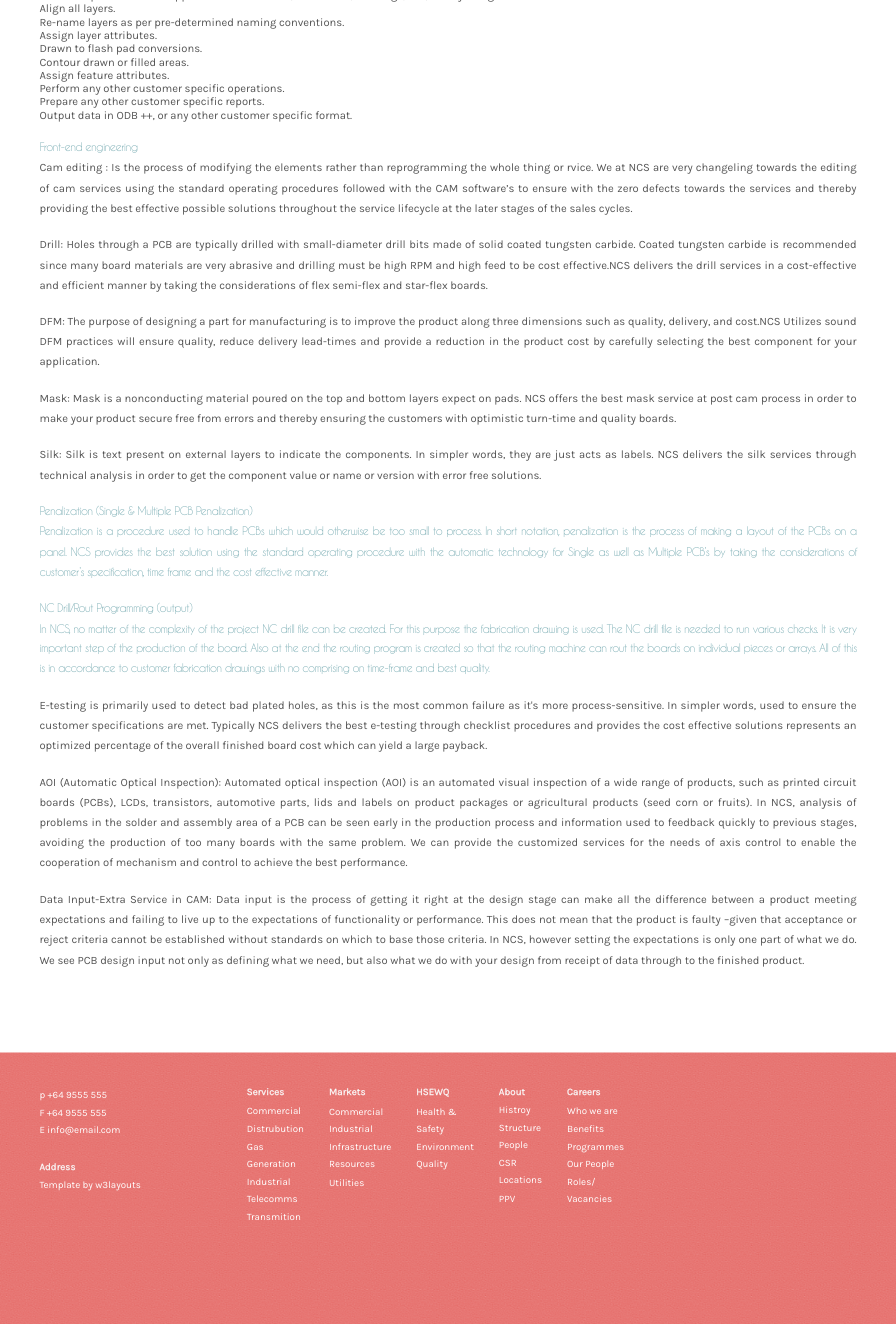
Repository: achalbi/NCS_demo
Page: public/CAM_Solutions.html
The author's editor kept a record of every edit. The page is drawn from the files as they stood at one moment, then again after the next edit.
The browser window is 1280 px wide. The pictures show the part of the page from y = 772 to 2692 px (the page is 2663 px tall before and 2692 px after), at 70% of full size.

Above is the page before.

### public/CAM_Solutions.html
<!--A Design by W3layouts
Author: W3layout
Author URL: http://w3layouts.com
License: Creative Commons Attribution 3.0 Unported
License URL: http://creativecommons.org/licenses/by/3.0/
-->
<!DOCTYPE HTML>
<html>
<head>
<title>The Organic Website Template | Infrastructure :: w3layouts</title>
<meta http-equiv="Content-Type" content="text/html; charset=utf-8" />
<meta name="viewport" content="width=device-width, initial-scale=1, maximum-scale=1">
<link href='http://fonts.googleapis.com/css?family=Karla' rel='stylesheet' type='text/css'>
<link href="css/style.css" rel="stylesheet" type="text/css" media="all" />
<script src="js/jquery.min.js"></script>
</head>
<body>
<!-- start header -->
<div class="header_bg1">
<div class="wrap">
<div class="wrapper">
	<div class="logo">
		<a href="index.html"><img src="images/logo.png" alt=""/> </a>
	</div>
	<div class="menu">
		<a class="toggleMenu" href="#">Menu</a>
		<ul class="nav">
			<li><a href="index.html">Home</a></li>
			<li><a href="#">Solutions</a>
				<ul>
					<li><a href="CAM_Solutions.html">CAM Solutions</a></li>
					<li><a href="Software_Solutions.html">Software Solutions</a></li>
					<li><a href="Engineering_Solutions.html">Engineering Solutions</a></li>
				</ul>
			</li>
			<li><a href="#">Company</a>
				<ul>
					<li><a href="Quality.html">Quality</a></li>
					<li><a href="Career.html">Career</a></li>
					<li><a href="Capabilities.html">Capabilities</a></li>
				</ul>
			</li>
			<li><a href="contact.html">Contact</a></li>
		</ul>
		</div>
		<div class="clear"></div>
	 <script type="text/javascript" src="js/script.js"></script>
	<div class="clear"></div>
</div>
</div>
</div>
<!-- start content -->
<div class="content_bg">
<div class="wrap">
<div class="wrapper">
	<div class="main">
	  <h2 class="style1">CAM SOLUTIONS</h2>
		<p class="para1">CAM (Computer-Aided Manufacturing) is a foremost front-end engineering solution that requires on time factor and accurate processing in any PCB Company. CAM services has been designed to help consistently accomplish the customers while gaining cost savings. NCS offers the CAM Services like RFQ, Pre-CAM/Product engineering, Front-end Engineering, Penalization, NC Drill Programming/Rout Programming, E-testing, AOI (Automatic optical Inspection), Data input is strived to produce the highest quality machined components in the safest, most efficient manner possible while still ensuring on time delivery of your products or services. </p>
		<p class="para1">  <span class= "style1_sub"> Requests for Quotation </span><br>
        A request for quotation (RFQ) is a standard business process whose purpose is to invite suppliers into a bidding process to bid on specific products or services. RFQ generally means the same thing as IFB (Invitation for Bid). Within the customer requirements, production capacity and the form factors, NCS provides the best quotation through technical reviews in terms of significant analysis and the time factor in order to ensure the customer to responds to RFQ’s faster and more accurately.
        </p>
        <p class="para1"> <span class= "style1_sub">  Pre-CAM (Product Engineering) </span>
        <br>
        Activity generally includes the following; however, this can be customized to each customer's requirements:
<ul >
<li style="color: #555555;">Read or input customer supplied electronic data (Gerber files, drawings, etc.) in any recognized format.</li>
<li style="color: #555555;">Align all layers.</li>
<li style="color: #555555;">Re-name layers as per pre-determined naming conventions.</li>
<li style="color: #555555;">Assign layer attributes.</li>
<li style="color: #555555;">Drawn to flash pad conversions.</li>
<li style="color: #555555;">Contour drawn or filled areas.</li>
<li style="color: #555555;">Assign feature attributes.</li>
<li style="color: #555555;">Perform any other customer specific operations.</li>
<li style="color: #555555;">Prepare any other customer specific reports.</li>
<li style="color: #555555;">Output data in ODB ++, or any other customer specific format.</li>
</ul>
        </p>
        <p class="para1"> <span class= "style1_sub">
        Front-end engineering</span><br>
        Cam editing :
Is the process of modifying the elements rather than reprogramming the whole thing or rvice. We at NCS are very changeling towards the editing of cam services using the standard operating procedures followed with the CAM software’s to ensure with the zero defects towards the services and thereby providing the best effective possible solutions throughout the service lifecycle at the later stages of the sales cycles.
        </p>
         <p class="para1">
       Drill:
Holes through a PCB are typically drilled with small-diameter drill bits made of solid coated tungsten carbide. Coated tungsten carbide is recommended since many board materials are very abrasive and drilling must be high RPM and high feed to be cost effective.NCS delivers the drill services in a cost-effective and efficient manner by taking the considerations of flex semi-flex and star-flex boards.
        </p>
         <p class="para1">
        DFM:
The purpose of designing a part for manufacturing is to improve the product along three dimensions such as quality, delivery, and cost.NCS Utilizes sound DFM practices will ensure quality, reduce delivery lead-times and provide a reduction in the product cost by carefully selecting the best component for your application.
        </p>
         <p class="para1">
       Mask:
Mask is a nonconducting material poured on the top and bottom layers expect on pads. NCS offers the best mask service at post cam process in order to make your product secure free from errors and thereby ensuring the customers with optimistic turn-time and quality boards.
        </p>
          <p class="para1">
      Silk:
Silk is text present on external layers to indicate the components. In simpler words, they are just acts as labels. NCS delivers the silk services through technical analysis in order to get the component value or name or version with error free solutions.
        </p>
         <p class="para1">  <span class= "style1_sub"> Penalization (Single & Multiple PCB Penalization)<br>
         Penalization is a procedure used to handle PCBs which would otherwise be too small to process. In short notation, penalization is the process of making a layout of the PCBs on a panel. NCS provides the best solution using the standard operating procedure with the automatic technology for Single as well as Multiple PCB’s by taking the considerations of customer’s specification, time frame and the cost effective manner.
         </p>
          <p class="para1">  <span class= "style1_sub"> NC Drill/Rout Programming (output)<br>
          In NCS, no matter of the complexity of the project NC drill file can be created. For this purpose the fabrication drawing is used. The NC drill file is needed to run various checks. It is very important step of the production of the board. Also at the end the routing program is created so that the routing machine can rout the boards on individual pieces or arrays. All of this is in accordance to customer fabrication drawings with no comprising on time-frame and best quality.
          </p>
           <p class="para1"E-Testing (Electrical Testing)<br>
           E-testing is primarily used to detect bad plated holes, as this is the most common failure as it's more process-sensitive. In simpler words, used to ensure the customer specifications are met. Typically NCS delivers the best e-testing through checklist procedures and provides the cost effective solutions represents an optimized percentage of the overall finished board cost which can yield a large payback.
           </p>
            <p class="para1">AOI (Automatic Optical Inspection):
Automated optical inspection (AOI) is an automated visual inspection of a wide range of products, such as printed circuit boards (PCBs), LCDs, transistors, automotive parts, lids and labels on product packages or agricultural products (seed corn or fruits). In NCS, analysis of problems in the solder and assembly area of a PCB can be seen early in the production process and information used to feedback quickly to previous stages, avoiding the production of too many boards with the same problem. We can provide the customized services for the needs of axis control to enable the cooperation of mechanism and control to achieve the best performance.</p>
<p class="para1">Data Input-Extra Service in CAM:
Data input is the process of getting it right at the design stage can make all the difference between a product meeting expectations and failing to live up to the expectations of functionality or performance. This does not mean that the product is faulty –given that acceptance or reject criteria cannot be established without standards on which to base those criteria. In NCS, however setting the expectations is only one part of what we do. We see PCB design input not only as defining what we need, but also what we do with your design from receipt of data through to the finished product.</p>
    </div>
</div>
</div>
</div>
<!-- start footer -->
<div class="footer_bg">
<div class="wrap">
<div class="wrapper">
<div class="clear">
	<div class="f_grid">
		<div class="grid1_of_1">
			<div class="address">
				<p>p +64 9555 555</p>
				<p>F +64 9555 555</p>
				<p>E <a href="">info@email.com</a> </p>
				<h3 class="top">Address</h3>
				<p class="top">Template by <a href="http://w3layouts.com">w3layouts</a></p>
			</div>
		</div>
		<div class="grid1_of_2">
			<div class="f_grid2 left">
				<h3>Services</h3>
				<ul class="f_nav">
					<li><a href="">Commercial</a></li>
					<li><a href="">Distrubution</a></li>
					<li><a href="">Gas</a></li>
					<li><a href="">Generation</a></li>
					<li><a href="">Industrial</a></li>
					<li><a href="">Telecomms</a></li>
					<li><a href="">Transmition</a></li>
				</ul>
			</div>
			<div class="f_grid2 left">
			<h3>Markets</h3>
			<ul class="f_nav">
				<li><a href="">Commercial</a></li>
				<li><a href="">Industrial</a></li>
				<li><a href="">Infrastructure</a></li>
				<li><a href="">Resources</a></li>
				<li><a href="">Utilities</a></li>
			</ul>
			</div>
			<div class="f_grid2 left">
			<h3>HSEWQ</h3>
			<ul class="f_nav">
				<li><a href="">Health &</a></li>
				<li><a href="">Safety</a></li>
				<li><a href="">Environment</a></li>
				<li><a href="">Quality</a></li>
			</ul>
			</div>
			<div class="f_grid2 left hide">
			<h3>About</h3>
			<ul class="f_nav">
				<li><a href="">Histroy</a></li>
				<li><a href="">Structure</a></li>
				<li><a href="">People</a></li>
				<li><a href="">CSR</a></li>
				<li><a href="">Locations</a></li>
				<li><a href="">PPV</a></li>
			</ul>
			</div>
			<div class="f_grid2 left hide">
			<h3>Careers</h3>
			<ul class="f_nav">
				<li><a href="">Who we are</a></li>
				<li><a href="">Benefits</a></li>
				<li><a href="">Programmes</a></li>
				<li><a href="">Our People</a></li>
				<li><a href="">Roles/</a></li>
				<li><a href="">Vacancies</a></li>
			</ul>
			</div>
		</div>
		<div class="clear"></div>
	</div>
	</div>
</div>
</div>
</div>
</body>
</html>

Loaded but not shown: public/js/jquery.min.js (library); public/js/script.js (49 lines, source omitted); public/css/style.css (962 lines, source omitted)

After the next edit:
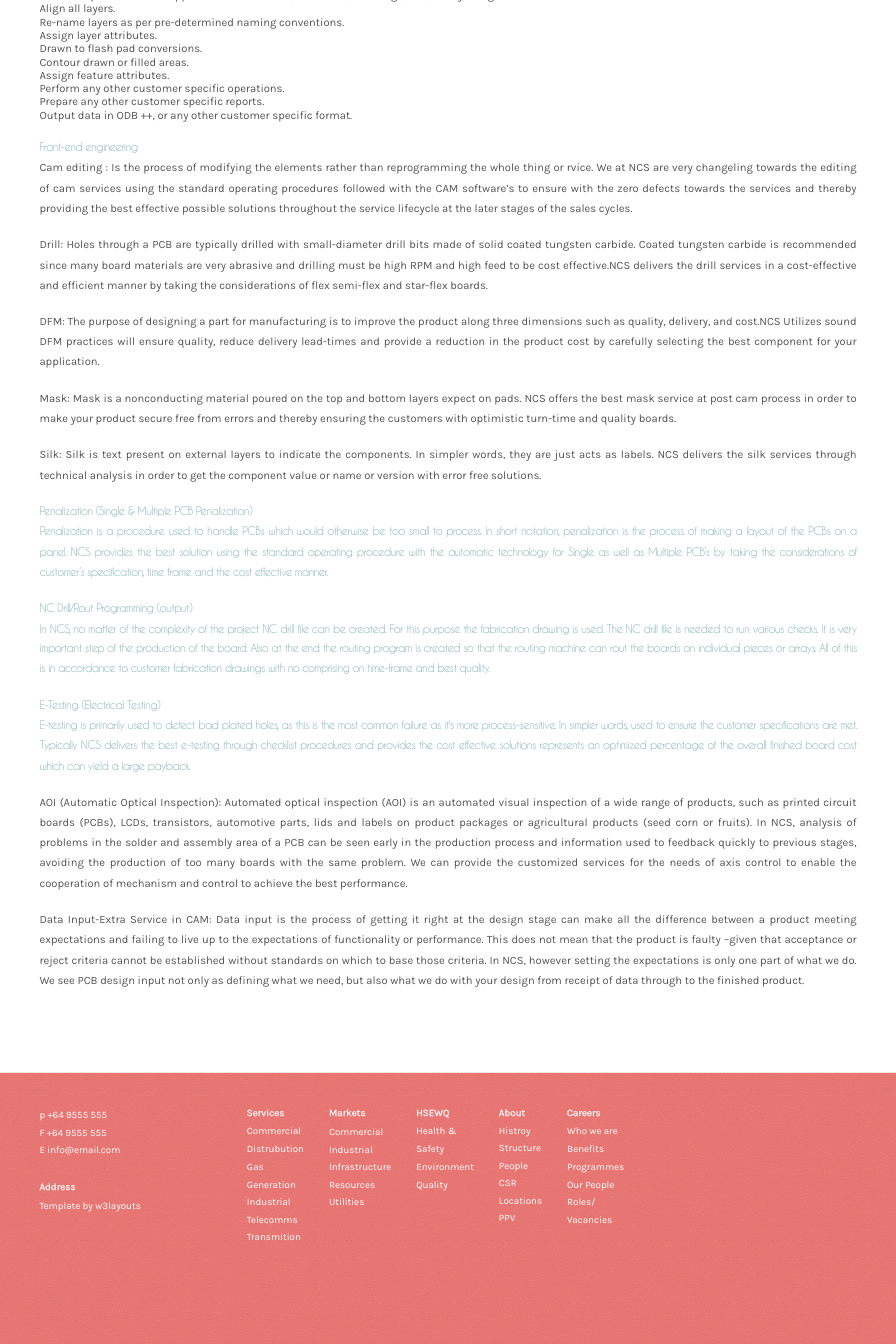
The edit:
--- a/public/CAM_Solutions.html
+++ b/public/CAM_Solutions.html
@@ -102,7 +102,7 @@
           <p class="para1">  <span class= "style1_sub"> NC Drill/Rout Programming (output)<br>
           In NCS, no matter of the complexity of the project NC drill file can be created. For this purpose the fabrication drawing is used. The NC drill file is needed to run various checks. It is very important step of the production of the board. Also at the end the routing program is created so that the routing machine can rout the boards on individual pieces or arrays. All of this is in accordance to customer fabrication drawings with no comprising on time-frame and best quality.
           </p>
-           <p class="para1"E-Testing (Electrical Testing)<br>
+           <p class="para1">  <span class= "style1_sub"> E-Testing (Electrical Testing)<br>
            E-testing is primarily used to detect bad plated holes, as this is the most common failure as it's more process-sensitive. In simpler words, used to ensure the customer specifications are met. Typically NCS delivers the best e-testing through checklist procedures and provides the cost effective solutions represents an optimized percentage of the overall finished board cost which can yield a large payback.
            </p>
             <p class="para1">AOI (Automatic Optical Inspection):
